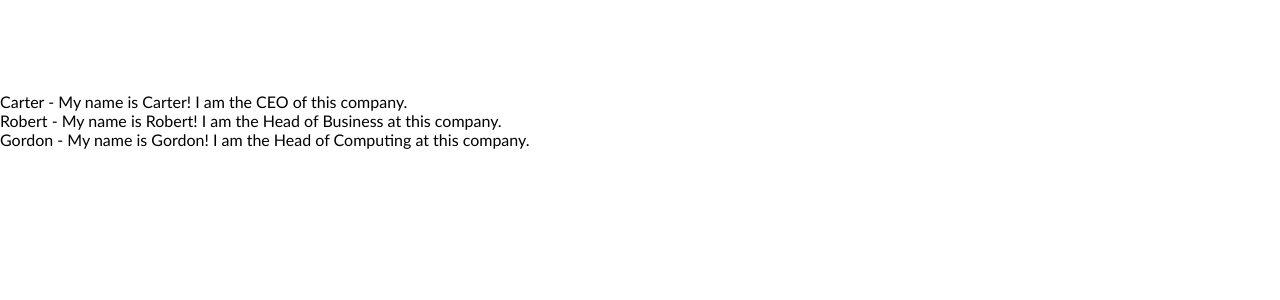
Repository: cartervandekamp/class03-styled-2109
Page: /about
An editor plug-in stored every save of this project. The page is shown before and after the next save, followed by the edit.
The browser window is 1280 px wide. The pictures show the whole page.
The project was rebuilt for these pictures with package versions that can differ from the ones it lists, and the page was loaded fresh each time. The framework's server and built-in components were replaced by stand-ins that run in the browser. Also part of the build but not shown: next.config.js.

Above is the page before, as saved 2023-01-24 17:12:16.

After the next save:
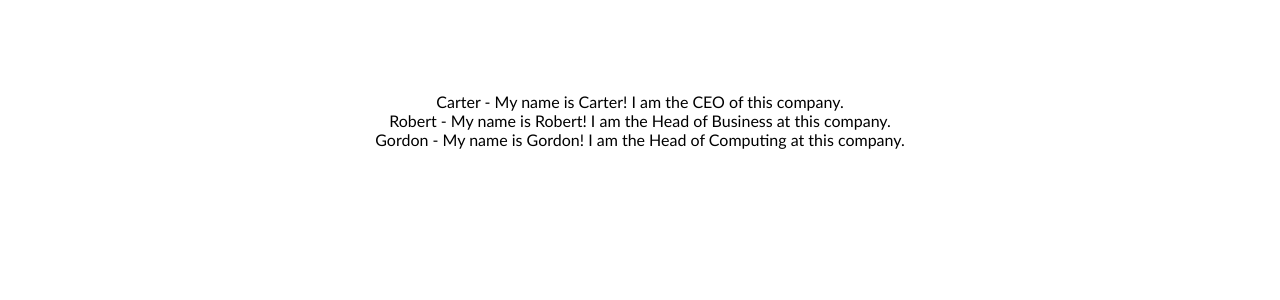
Saved 14 s later.
--- a/styles/About.module.css
+++ b/styles/About.module.css
@@ -6,3 +6,7 @@
     font-size: 60px;
     margin-top: 20px;
 }
+
+.names {
+    text-align: center;
+}
